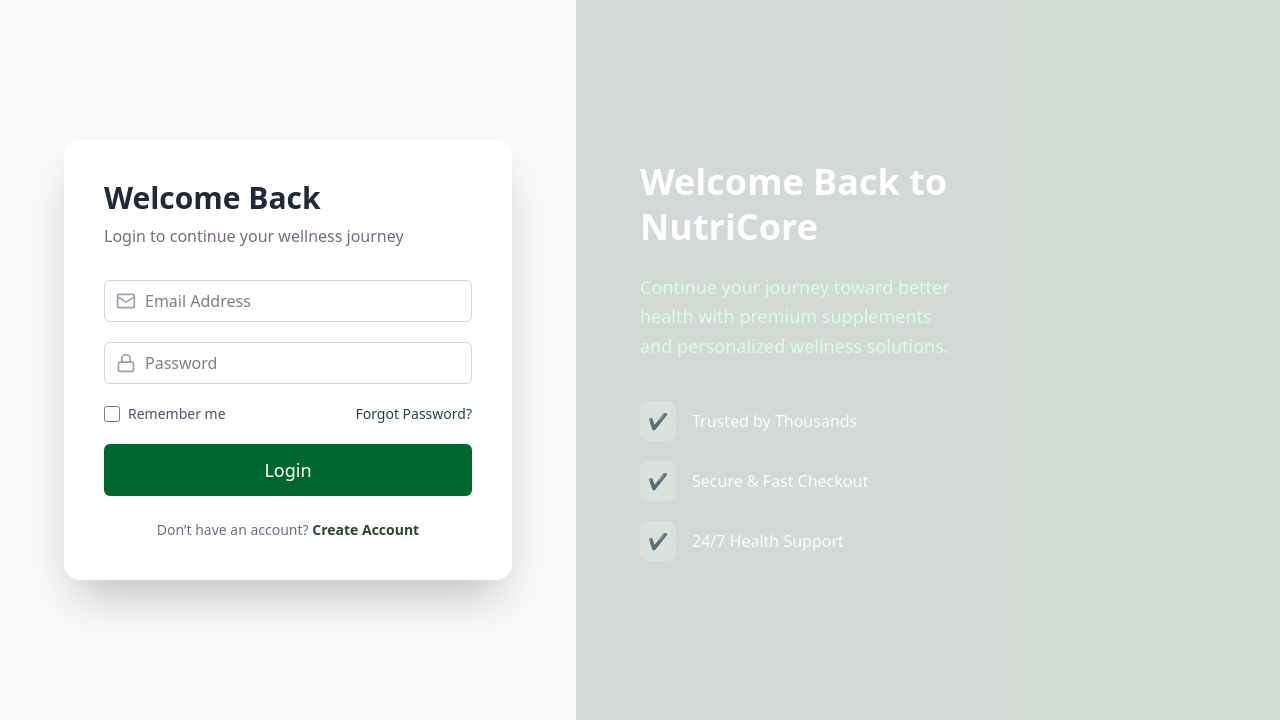
Repository: A-Nawaz512/NutriCore
Page: /login (app in frontend/)
The author's editor kept a copy of each file at every save. The page is drawn from the files as they stood at one save, then again after a run of saves.
The browser window is 1280 px wide. The pictures show the whole page.
The project was rebuilt for these pictures with package versions that can differ from the ones it lists, and the page was loaded fresh each time. Also part of the build but not shown: frontend/vite.config.ts, frontend/src/shared/components/ui/Badge.tsx, frontend/src/shared/components/layout/Header.tsx, frontend/src/shared/components/layout/Footer.tsx, frontend/src/shared/components/layout/MainLayout.tsx.

Above is the page before, as saved 2026-02-17 21:57:20.

### frontend/src/main.tsx
import { StrictMode } from 'react'
import { createRoot } from 'react-dom/client'
import './index.css'
import App from './App.tsx'
import {BrowserRouter} from "react-router-dom"

createRoot(document.getElementById('root')!).render(
  <StrictMode>
     <BrowserRouter>
      <App />
    </BrowserRouter>
  </StrictMode>,
)

### frontend/src/App.tsx
import AppRouter from "./app/router/AppRouter"

function App() {
  return <AppRouter />
}

export default App

### frontend/src/app/router/AppRouter.tsx
import { Routes, Route } from "react-router-dom"
import { lazy, Suspense } from "react"

import MainLayout from "../../shared/components/layout/MainLayout"
// import AdminLayout from "@/shared/components/layout/AdminLayout"
// import ProtectedRoute from "./ProtectedRoute"
// import AdminRoute from "./AdminRoute"

const HomePage = lazy(() => import("../../features/home/pages/HomePage"))
const AboutPage = lazy(() => import("../../features/about/pages/AboutPage"))
const ProductsPage = lazy(() => import("../../features/products/pages/ProductsPage"))
const ContactPage = lazy(() => import("../../features/contact/pages/ContactPage"))
const LoginPage = lazy(() => import("../../features/auth/pages/LoginPage"))
const SignupPage = lazy(() => import("../../features/auth/pages/SignupPage"))
// const DashboardPage = lazy(() => import("@/features/admin/pages/DashboardPage"))

const AppRouter = () => {
  return (
    <Suspense fallback={<div>Loading...</div>}>
      <Routes>
        {/* Public Layout */}
        <Route element={<MainLayout />}>
          <Route path="/" element={<HomePage />} />
          <Route path="/about" element={<AboutPage />} />
          <Route path="/products" element={<ProductsPage />} />
          <Route path="/contact" element={<ContactPage />} />
        </Route>

        {/* Auth */}
        <Route path="/login" element={<LoginPage />} />
        <Route path="/signup" element={<SignupPage />} />

        {/* Protected Admin */}
        {/* <Route element={<ProtectedRoute />}>
          <Route element={<AdminRoute />}>
            <Route element={<AdminLayout />}>
              <Route path="/admin/dashboard" element={<DashboardPage />} />
            </Route>
          </Route>
        </Route> */}
      </Routes>
    </Suspense>
  )
}

export default AppRouter

### frontend/src/features/auth/pages/LoginPage.tsx
import { FC, useState } from "react"
import { Mail, Lock } from "lucide-react"
import Button from "../../../shared/components/ui/Button"
import Input from "../../../shared/components/ui/Input"
import LoginImg from "../../../assets/Login/Login.jpg"
import { Link } from "react-router-dom"

const LoginPage: FC = () => {
    const [form, setForm] = useState({
        email: "",
        password: "",
        remember: false,
    })

    const handleChange = (
        e: React.ChangeEvent<HTMLInputElement>
    ) => {
        const { name, value, type, checked } = e.target
        setForm({
            ...form,
            [name]: type === "checkbox" ? checked : value,
        })
    }

    const handleSubmit = (e: React.FormEvent) => {
        e.preventDefault()
        console.log("Login Data:", form)
    }

    return (
        <div className="min-h-screen flex">

            {/* LEFT FORM SECTION */}
            <div className="flex flex-1 justify-center items-center bg-gray-50 px-6 py-10">
                <div className="w-full max-w-md bg-white shadow-2xl rounded-2xl p-10">
                    <h2 className="text-3xl font-bold text-gray-800 mb-2">
                        Welcome Back
                    </h2>
                    <p className="text-gray-500 mb-8">
                        Login to continue your wellness journey
                    </p>

                    <form onSubmit={handleSubmit} className="space-y-5">

                        {/* Email */}
                        <div className="relative">
                            <Mail className="absolute left-3 top-1/2 -translate-y-1/2 text-gray-400 w-5 h-5" />
                            <Input
                                name="email"
                                type="email"
                                placeholder="Email Address"
                                value={form.email}
                                onChange={handleChange}
                                className="pl-10"
                                required
                            />
                        </div>

                        {/* Password */}
                        <div className="relative">
                            <Lock className="absolute left-3 top-1/2 -translate-y-1/2 text-gray-400 w-5 h-5" />
                            <Input
                                name="password"
                                type="password"
                                placeholder="Password"
                                value={form.password}
                                onChange={handleChange}
                                className="pl-10"
                                required
                            />
                        </div>

                        {/* Remember + Forgot */}
                        <div className="flex items-center justify-between text-sm">
                            <label className="flex items-center gap-2 text-gray-600">
                                <input
                                    type="checkbox"
                                    name="remember"
                                    checked={form.remember}
                                    onChange={handleChange}
                                    className="accent-[#25492D] w-4 h-4"
                                />
                                Remember me
                            </label>

                            <span className="text-[#25492D] font-medium cursor-pointer hover:underline">
                                Forgot Password?
                            </span>
                        </div>

                        {/* Submit */}
                        <Button
                            type="submit"
                            variant="primary"
                            size="lg"
                            className="w-full bg-[#25492D] hover:bg-[#1b3421] transition-colors"
                        >
                            Login
                        </Button>
                    </form>

                    <p className="text-sm text-gray-500 mt-6 text-center">
                        Don’t have an account?{" "}
                      <Link to="/signup">  <span className="text-[#25492D] font-semibold cursor-pointer hover:underline">
                            Create Account
                        </span></Link>
                    </p>
                </div>
            </div>

            {/* RIGHT BRAND SECTION */}
            <div className="hidden lg:flex w-[55%] relative text-white overflow-hidden">

                {/* Background Image */}
                <div
                    className="absolute inset-0 bg-cover bg-center"
                    style={{
                        backgroundImage:
                            LoginImg,
                    }}
                />

                {/* Dark Green Overlay */}
                <div className="absolute inset-0 bg-[#25492D]/20" />

                {/* Content */}
                <div className="relative z-10 max-w-md px-16 py-20 flex flex-col justify-center">
                    <h1 className="text-4xl font-bold mb-6 leading-tight">
                        Welcome Back to NutriCore
                    </h1>

                    <p className="text-green-100 text-lg leading-relaxed">
                        Continue your journey toward better health with premium supplements
                        and personalized wellness solutions.
                    </p>

                    <div className="mt-10 space-y-5">
                        <div className="flex items-center gap-4">
                            <div className="bg-white/20 p-2 rounded-lg backdrop-blur">
                                ✔
                            </div>
                            <span className="text-white/90">
                                Trusted by Thousands
                            </span>
                        </div>

                        <div className="flex items-center gap-4">
                            <div className="bg-white/20 p-2 rounded-lg backdrop-blur">
                                ✔
                            </div>
                            <span className="text-white/90">
                                Secure & Fast Checkout
                            </span>
                        </div>

                        <div className="flex items-center gap-4">
                            <div className="bg-white/20 p-2 rounded-lg backdrop-blur">
                                ✔
                            </div>
                            <span className="text-white/90">
                                24/7 Health Support
                            </span>
                        </div>
                    </div>
                </div>
            </div>

        </div>
    )
}

export default LoginPage

### frontend/src/shared/components/ui/Button.tsx
import { ButtonHTMLAttributes, FC, ReactNode } from "react"
import clsx from "clsx"
import { motion } from "framer-motion"

interface ButtonProps extends ButtonHTMLAttributes<HTMLButtonElement> {
  variant?: "primary" | "secondary" | "outline"
  size?: "sm" | "md" | "lg"
  children: ReactNode
}

const Button: FC<ButtonProps> = ({
  variant = "primary",
  size = "md",
  children,
  className,
  ...props
}) => {
  const baseClasses =
    "font-medium rounded-md transition-all duration-200 focus:outline-none focus:ring-2 focus:ring-offset-2 flex items-center justify-center"

  const variantClasses = clsx({
    "bg-green-800 text-white hover:bg-green-700 focus:ring-green-500 cursor-pointer": variant === "primary",
    "bg-gray-100 text-gray-900 hover:bg-gray-200 focus:ring-gray-400 cursor-pointer": variant === "secondary",
    "border-2 border-green-800 text-green-800 hover:text-white cursor-pointer hover:bg-green-800 focus:ring-green-500": variant === "outline"
  })

  const sizeClasses = clsx({
    "px-3 py-1 text-sm": size === "sm",
    "px-4 py-2 text-md": size === "md",
    "px-6 py-3 text-lg": size === "lg"
  })

  return (
    <motion.button
      whileTap={{ scale: 0.95 }}
      className={clsx(baseClasses, variantClasses, sizeClasses, className)}
      {...props}
    >
      {children}
    </motion.button>
  )
}

export default Button

### frontend/src/shared/components/ui/Input.tsx
import { InputHTMLAttributes, FC } from "react"
import clsx from "clsx"

interface InputProps extends InputHTMLAttributes<HTMLInputElement> {
  label?: string
  error?: string
}

const Input: FC<InputProps> = ({ label, error, className, ...props }) => {
  return (
    <div className="flex flex-col w-full">
      {label && <label className="mb-1 text-sm font-medium text-gray-700">{label}</label>}
      <input
        className={clsx(
          "border rounded-md px-3 py-2 focus:outline-none focus:ring-2 focus:ring-green-500 transition",
          error ? "border-red-500" : "border-gray-300",
          className
        )}
        {...props}
      />
      {error && <span className="text-red-500 text-xs mt-1">{error}</span>}
    </div>
  )
}

export default Input

Loaded but not shown: frontend/index.html (common file); frontend/src/index.css (common file)

After the next 3 saves:
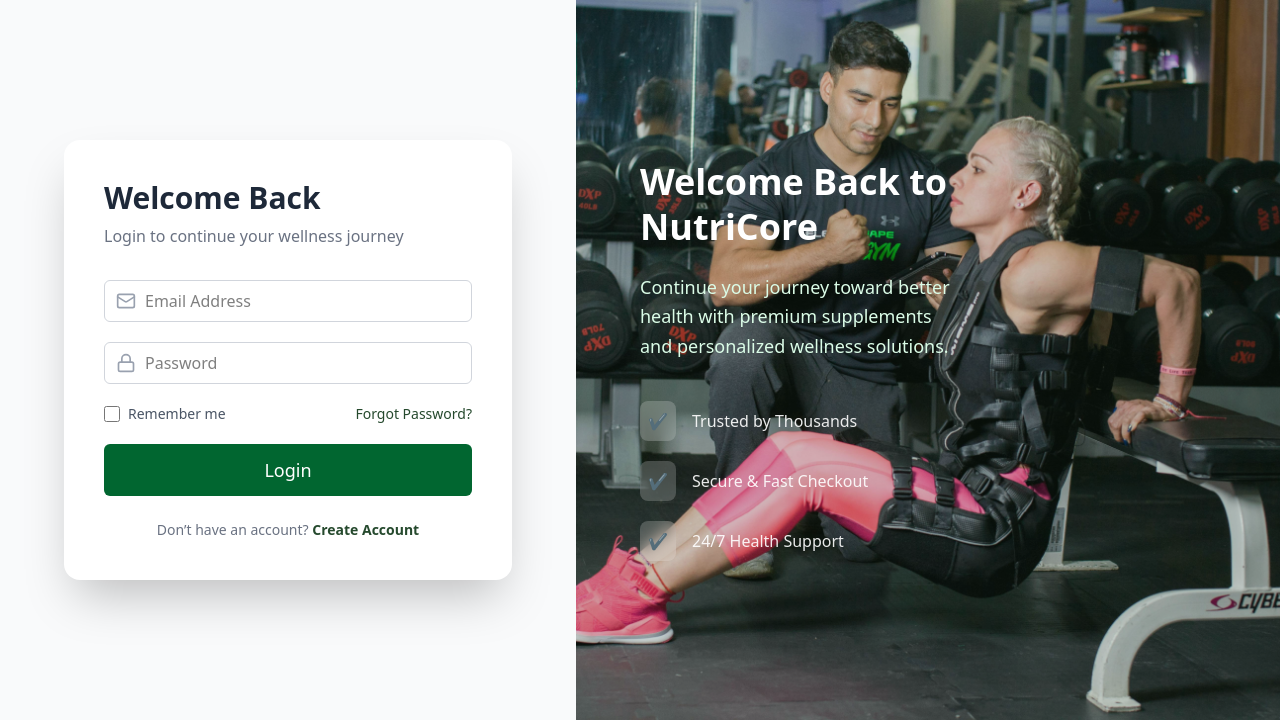
The 3 saves are shown as one change because they came seconds apart.
The last was saved 16 s later.
--- a/frontend/src/features/auth/pages/LoginPage.tsx
+++ b/frontend/src/features/auth/pages/LoginPage.tsx
@@ -116,7 +116,7 @@
                     className="absolute inset-0 bg-cover bg-center"
                     style={{
                         backgroundImage:
-                            LoginImg,
+                            `url(${LoginImg})`,
                     }}
                 />
 
